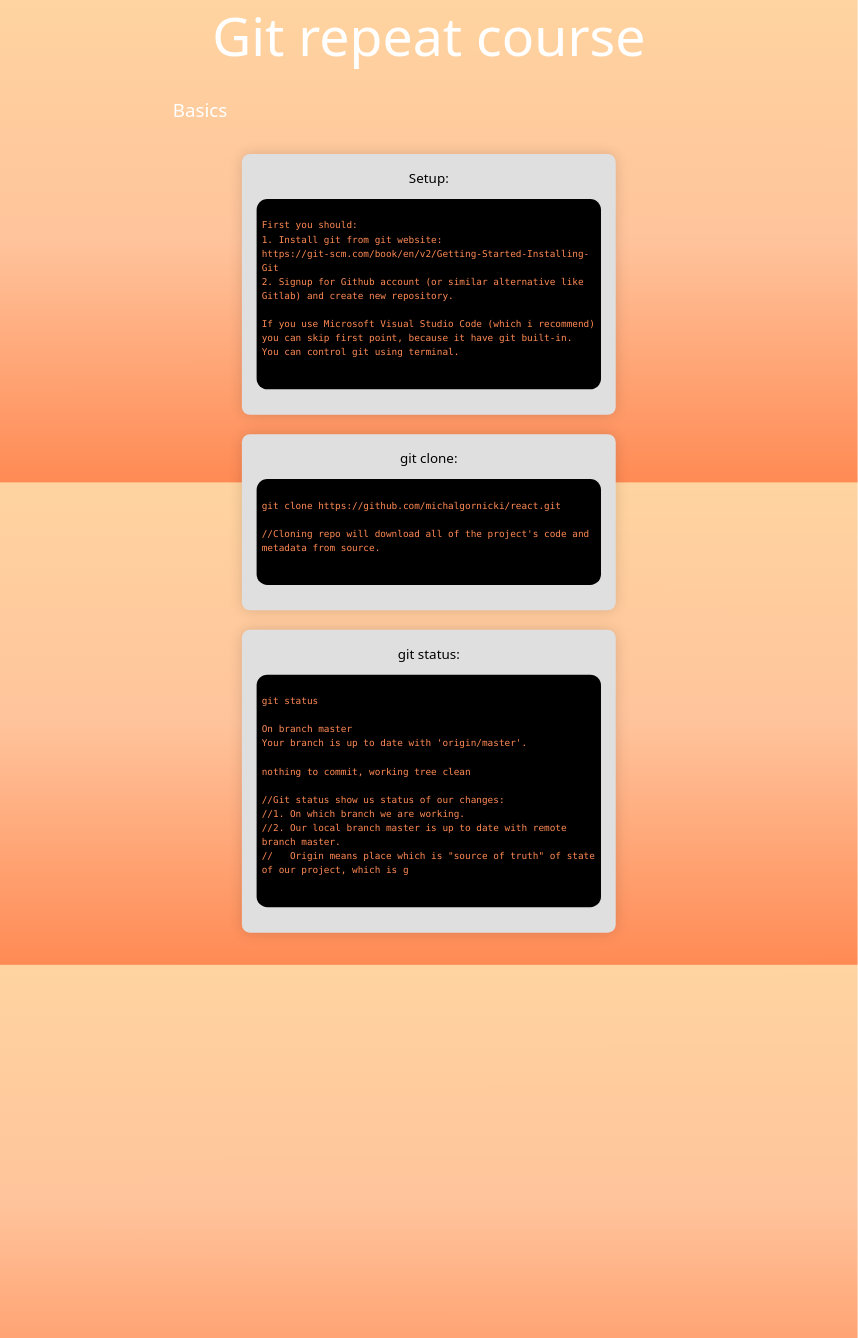
Repository: michalgornicki/git
Page: /
These files come from the project's save history. The page is drawn as it stood at one moment and after a run of saves; the edit follows.
The browser window is 1280 px wide. The pictures show the whole page, at 67% of full size.
Backgrounds fixed to the window are drawn as part of the page. The project was rebuilt for these pictures with package versions that can differ from the ones it lists, and the page was loaded fresh each time. Imported but missing from the stored project, and not drawn on this page: src/components/DOM manipulation.jsx, src/components/async.jsx, src/components/loops.jsx, src/components/numbers.jsx, src/components/variables.jsx, src/components/window.jsx.

Above is the page before, as saved 2022-02-10 08:09:23.

### src/App.jsx
import React from "react";
import "./App.css";
import "bootstrap/dist/css/bootstrap.min.css";
import { Route, HashRouter as Router, Routes, Link } from "react-router-dom";
import Arrays from "./components/arrays.jsx"
import Variables from "./components/variables.jsx"
import Numbers from "./components/numbers.jsx"
import Loops from "./components/loops.jsx"
import Async from "./components/async.jsx"
import DOM from "./components/DOM manipulation.jsx"
import Window from "./components/window.jsx"

function App() {


  return (


    <Router>
    <div className="text-center">
      <div className="display-1 mt-1 mb-5 text-white">Git repeat course</div>

      <div className="h3 d-flex w-75 m-auto my-5 justify-content-evenly flex-wrap text-white">

      <Link className="link-style mx-3" to="/">Basics</Link>
      <Link className="link-style mx-3" to="/Numbers"></Link>
      <Link className="link-style mx-3" to="/Variables"></Link>
      <Link className="link-style mx-3" to="/Loops"></Link>
      <Link className="link-style mx-3" to="/Async"></Link>
      <Link className="link-style mx-3" to="/DOM"></Link>
      <Link className="link-style mx-3" to="/Window"></Link>


      </div>

      <Routes>
          <Route path="/" element={<Arrays />} />
          <Route path="/Numbers" element={<Numbers />} />
          <Route path="/Variables" element={<Variables />} />
          <Route path="/Loops" element={<Loops />} />
          <Route path="/Async" element={<Async />} />
          <Route path="/DOM" element={<DOM />} />
          <Route path="/Window" element={<Window />} />
        </Routes>


    </div>
    </Router>
  );
}

export default App;

### src/App.css
@import url('https://fonts.googleapis.com/css2?family=Catamaran:wght@400&display=swap');

body{
    font-family: 'Catamaran', sans-serif;
    overflow-x: hidden;
    padding-bottom: 80vh;
    height: auto;
    background: linear-gradient(rgb(255, 212, 160), rgb(255, 195, 155), rgb(255, 138, 84));
    background-attachment: fixed;
}

.js-item{
    color:rgb(0, 0, 0);
    font-size: 1.25rem;
    background-color: rgb(223, 223, 223);
    transition: 0.2s;
    padding: 3vh;
    margin-bottom: 4vh!important;
    width: 50%;
    margin-left: auto;
    margin-right: auto;
    box-shadow: 0px 0px 20px rgba(0, 0, 0, 0.15);
    border-radius: 0.75rem;
}

.js-item:hover{
    cursor: pointer;
    background-color: rgb(240, 240, 240);
}

.text-pink{
    padding: 0.5rem;
    margin-top: 1rem;
    margin-bottom: 1rem;
    color:rgb(255, 138, 84)!important;
    font-size: 1rem;
    border-radius: 1rem;
    text-align: left;
    background-color: black;
}

pre {
    white-space: pre-wrap;       /* css-3 */
    white-space: -moz-pre-wrap;  /* Mozilla, since 1999 */
    white-space: -pre-wrap;      /* Opera 4-6 */
    white-space: -o-pre-wrap;    /* Opera 7 */
    word-wrap: break-word;       /* Internet Explorer 5.5+ */
   }

.link-style{
    color: inherit;
    text-decoration: inherit;
}

.link-style:hover{
    color: rgb(255, 138, 84);
}

@media only screen and (max-device-width: 600px), (max-width: 600px) {

    .js-item{
        width: 95%;
    }

}

### src/components/arrays.jsx
const Arrays = () => {

  return (
    <div className="container">
      <div className="js-item">
        {" "}
        <div className="">Setup: </div>
        <div className="text-pink">
          <pre>{`
First you should:
1. Install git from git website:
https://git-scm.com/book/en/v2/Getting-Started-Installing-Git
2. Signup for Github account (or similar alternative like Gitlab) and create new repository.

If you use Microsoft Visual Studio Code (which i recommend) you can skip first point, because it have git built-in.
You can control git using terminal.
          `}</pre>
          </div>
      </div>
      <div className="js-item">
        {" "}
        <div className="">git clone: </div>
        <div className="text-pink">
          <pre>{`
git clone https://github.com/michalgornicki/react.git

//Cloning repo will download all of the project's code and metadata from source.
          `}</pre>
          </div>
      </div>

      <div className="js-item">
        {" "}
        <div className="">git status: </div>
        <div className="text-pink">
          <pre>{`
git status

On branch master
Your branch is up to date with 'origin/master'.

nothing to commit, working tree clean

//Git status show us status of our changes:
//1. On which branch we are working.
//2. Our local branch master is up to date with remote branch master.
//   Origin means place which is "source of truth" of state of our project, which is g
          `}</pre>
          </div>
      </div>

      </div>
  );
};

export default Arrays;

Loaded but not shown: public/index.html (common file); src/index.js (common file); src/index.css (common file); src/reportWebVitals.js (common file)

After the next 6 saves:
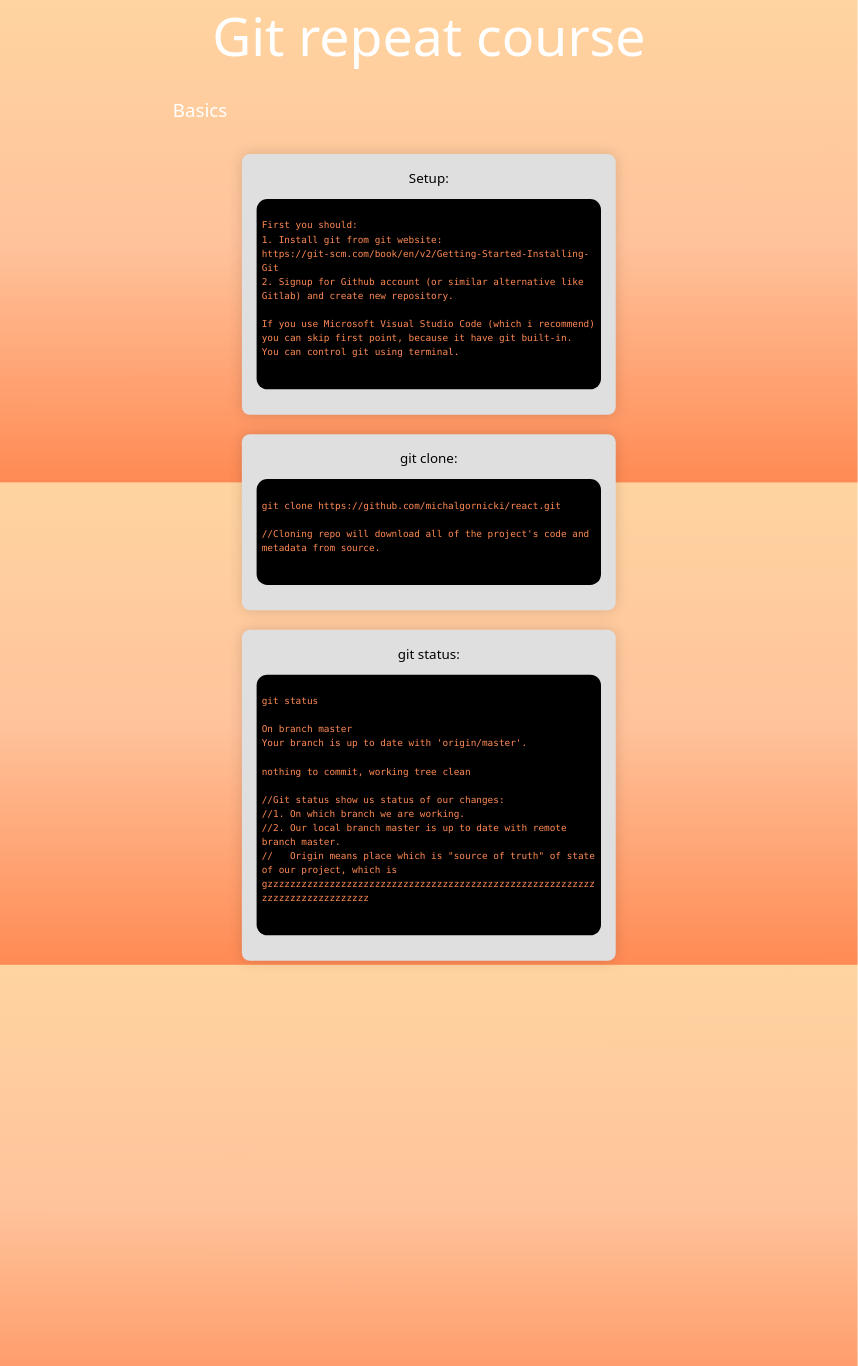
The 6 saves are shown as one change because they came seconds apart.
The last was saved 13 s later.
--- a/src/components/arrays.jsx
+++ b/src/components/arrays.jsx
@@ -44,7 +44,7 @@
 //Git status show us status of our changes:
 //1. On which branch we are working.
 //2. Our local branch master is up to date with remote branch master.
-//   Origin means place which is "source of truth" of state of our project, which is g
+//   Origin means place which is "source of truth" of state of our project, which is gzzzzzzzzzzzzzzzzzzzzzzzzzzzzzzzzzzzzzzzzzzzzzzzzzzzzzzzzzzzzzzzzzzzzzzzzzzzzz
           `}</pre>
           </div>
       </div>

After the 3 saves that followed:
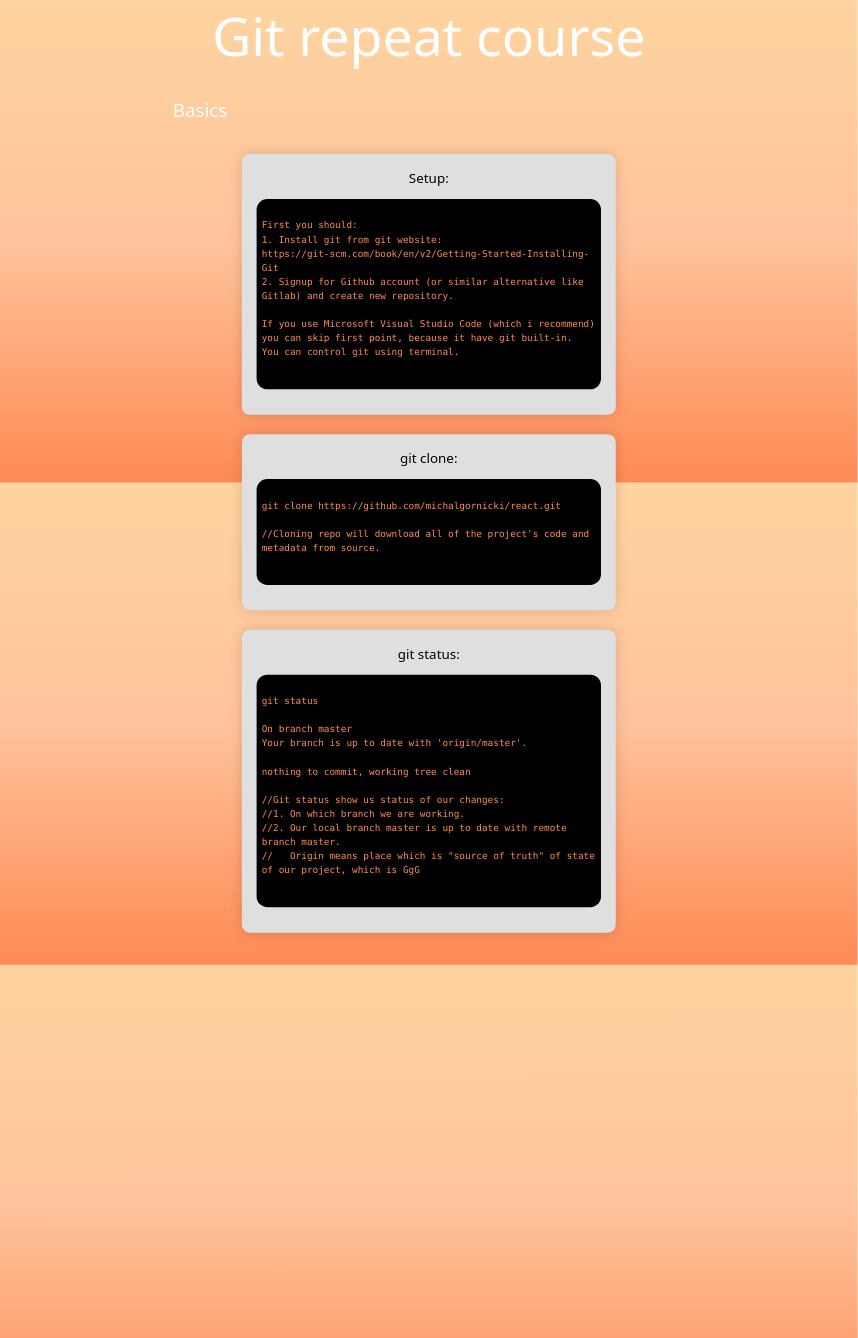
The 3 saves are shown as one change because they came seconds apart.
The last was saved 20 s later.
--- a/src/components/arrays.jsx
+++ b/src/components/arrays.jsx
@@ -44,7 +44,7 @@
 //Git status show us status of our changes:
 //1. On which branch we are working.
 //2. Our local branch master is up to date with remote branch master.
-//   Origin means place which is "source of truth" of state of our project, which is gzzzzzzzzzzzzzzzzzzzzzzzzzzzzzzzzzzzzzzzzzzzzzzzzzzzzzzzzzzzzzzzzzzzzzzzzzzzzz
+//   Origin means place which is "source of truth" of state of our project, which is GgG
           `}</pre>
           </div>
       </div>
